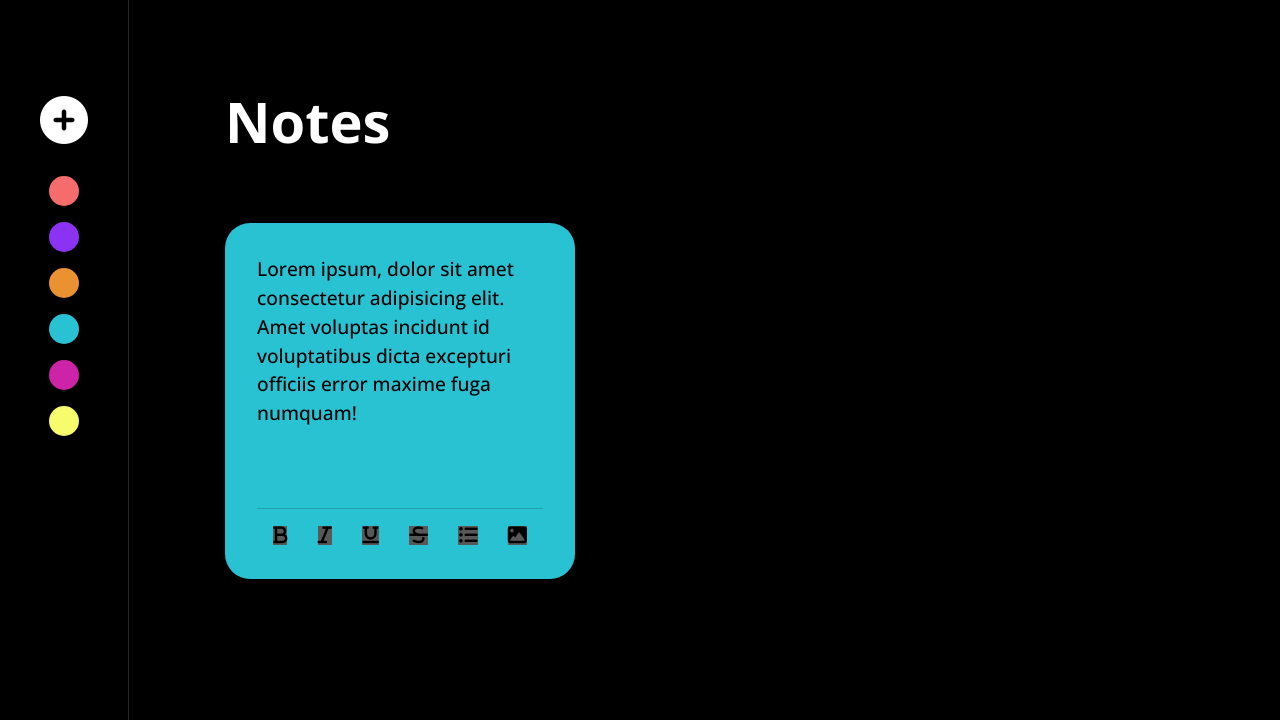
Repository: emiliaiwu/notes_app
Page: index.html
An editor plug-in stored every save of this project. The page is shown before and after a run of saves, followed by the edit.
The browser window is 1280 px wide. The pictures show the whole page.
Some web libraries are served in a nearby version.

Above is the page before, as saved 2022-12-19 23:58:45.

### index.html
<!DOCTYPE html>
<html lang="en">
<head>
    <meta charset="UTF-8">
    <meta http-equiv="X-UA-Compatible" content="IE=edge">
    <meta name="viewport" content="width=device-width, initial-scale=1.0">
    <script src="https://kit.fontawesome.com/fd9c36575f.js" crossorigin="anonymous"></script>
    <link rel="stylesheet" href="style.css">
    <title>Notes App</title>
</head>
<body>
    <div class="container">
        <div class="add">
            <div class="add_card"><i class="fa-solid fa-circle-plus"></i></div>
            <ul class="card_colors">
                <li class="card_color c1"></li>
                <li class="card_color c2"></li>
                <li class="card_color c3"></li>
                <li class="card_color c4"></li>
                <li class="card_color c5"></li>
                <li class="card_color c6"></li>
            </ul>
        </div>
        <div class="cards_container">
            <h1>Notes</h1>
            <div class="cards">

                <div class="card">
                    <p class="text">
                        Lorem ipsum, dolor sit amet consectetur adipisicing elit. Amet voluptas incidunt id voluptatibus dicta excepturi officiis error maxime fuga numquam!
                    </p>
                    <div class="footer close">
                        <div class="date">Dec 18, 2022</div>
                        <div class="edit_delete">
                           <div class="edit"><i class="fa-solid fa-pen"></i></div>
                           <div class="delete"><i class="fa-solid fa-trash-can"></i></div>
                        </div>
                    </div>
                    <div class="footer open">
                        <ul class="edit_settings">
                            <li class="bold"><i class="fa-solid fa-bold"></i></li>
                            <li class="italic"><i class="fa-solid fa-italic"></i></li>
                            <li class="underline"><i class="fa-solid fa-underline"></i></li>
                            <li class="strikethrough"><i class="fa-solid fa-strikethrough"></i></li>
                            <li class="toggleBtn"><i class="fa-solid fa-list-ul"></i></li>
                            <li class="add_image"><i class="fa-solid fa-image"></i></li>
                        </ul>
                    </div>
                </div>




            </div>
        </div>




    </div>

</body>
</html>

### style.css
@import url('https://fonts.googleapis.com/css2?family=Open+Sans:wght@300;400;500;700&display=swap');


* {
    margin: 0;
    padding: 0;
    box-sizing: border-box;
    list-style-type: none;

}

body {
    font-family: 'Open Sans', sans-serif;
    width: 100vw;
    height: 100vh;
    background-color: #000;
    color: #fff;

}

h1 {
    font-size: 3.5rem;
    margin-bottom: 4rem;
    color: #fff;
}

.container {
    display: flex;
    width: 100%;
    height: 100%;
    gap: 2rem;
}

.add {
    border-right: 1px solid rgba(255, 255, 255, 0.15);
    min-height: 100vh;
    display: flex;
    flex-direction: column;
    align-items: center;
    padding: 6rem 2.5rem;

}

.card_color {
    width: 30px;
    height: 30px;
    border-radius: 50%;
    margin-bottom: 1rem;

}

.fa-circle-plus {
    font-size: 3rem;
    margin-bottom: 2rem;
}

.c1 {
    background-color: #F66B6B;
}

.c2 {
    background-color: #8C33F3;
}

.c3 {
    background-color: #EA9231;
}

.c4 {
    background-color: #29C2D3;
}

.c5 {
    background-color: #CC23A7;
}

.c6 {
    background-color: #F7FC6C;
}






/* CARDS CONTAINER */

.cards_container {
    padding: 5.2rem 4rem;
    height: 100%;
    overflow-y: scroll;
    width: 100%;
    color: #000;
}

.cards {
    display: grid;
    /* grid-template-columns: repeat(auto-fit, minmax(19rem, 1fr)); */
    grid-template-columns: repeat(3, 350px);
    gap: 2.5rem;
}

.card {
    display: flex;
    flex-direction: column;
    justify-content: space-between;
    background-color: #29C2D3;
    padding: 2rem 2rem 1rem 2rem;
    border-radius: 25px;
}

.close,
.edit_settings {
    display: flex;
    justify-content: space-between;

}

.text {
    margin-bottom: 5rem;
    font-size: 1.2rem;
    font-weight: 500;
    line-height: 1.5;
}




.edit_delete,
.edit {
    display: flex;
    align-items: center;
}

.edit_delete {
    gap: 1.2rem;
    justify-content: space-between;
}

.edit {
    background-color: #000;
    width: 35px;
    height: 35px;
    border-radius: 50%;
    color: #fff;
    justify-content: center;
}

.delete {
    font-size: 1.5rem;
}

/* .fa-trash-can {
    margin-left: 1rem;
} */






.edit_settings {
    border-top: 1px solid rgba(0, 0, 0, 0.178);;
    width: 100%;
    padding: 1rem;
}

ul li i {
    font-size: 1.2rem;
    background-color: rgb(88, 88, 88);
}












/* OPEN AND CLOSE FUNCTIONALITY */

.open {


}

.close {
    padding-bottom: 1rem;
    align-items: center;
    display: none;
}

After the next 4 saves:
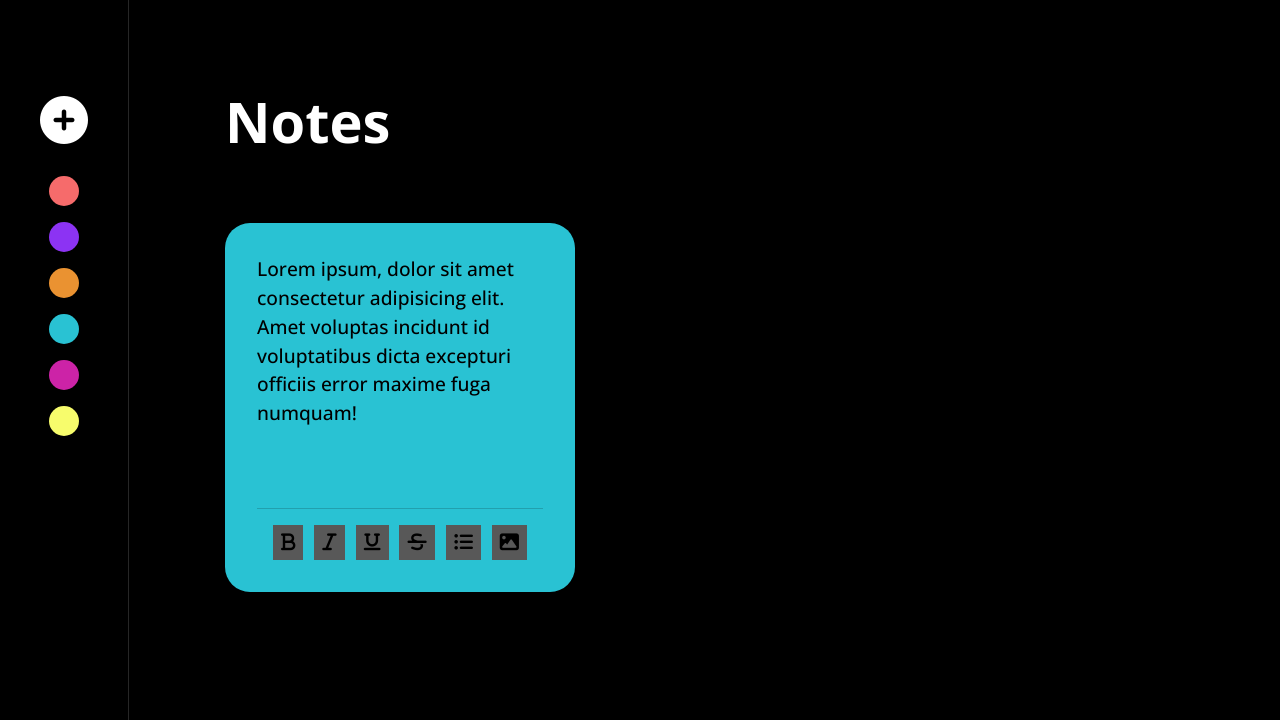
The 4 saves are shown as one change because they came seconds apart.
The last was saved 14 s later.
--- a/style.css
+++ b/style.css
@@ -168,6 +168,7 @@ h1 {
 ul li i {
     font-size: 1.2rem;
     background-color: rgb(88, 88, 88);
+    padding: .5rem;
 }
 
 
